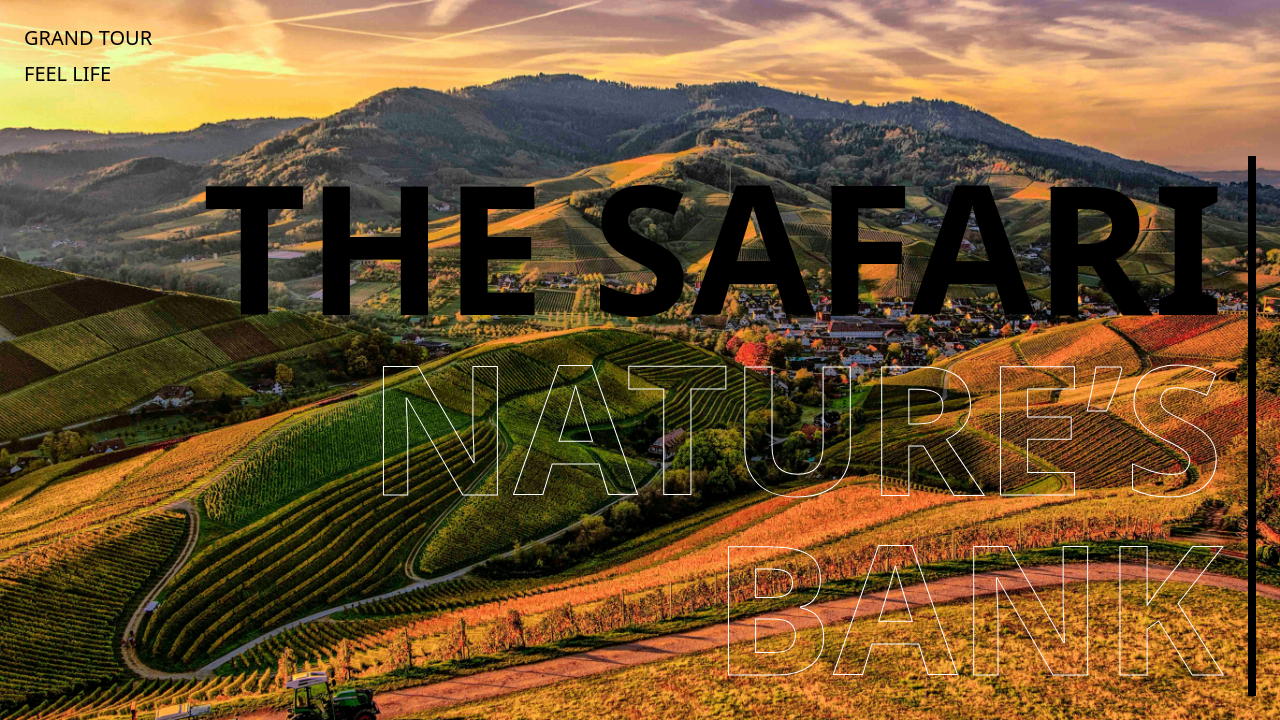
Repository: mikol-ux/Safari
Page: /
These files come from the project's save history. The page is drawn as it stood at one moment and after the next save; the edit follows.
The browser window is 1280 px wide. The pictures show the whole page.
The project was rebuilt for these pictures with package versions that can differ from the ones it lists, and the page was loaded fresh each time. The framework's server and built-in components were replaced by stand-ins that run in the browser. Also part of the build but not shown: next.config.ts.

Above is the page before, as saved 2025-05-29 02:45:39.

After the next save:
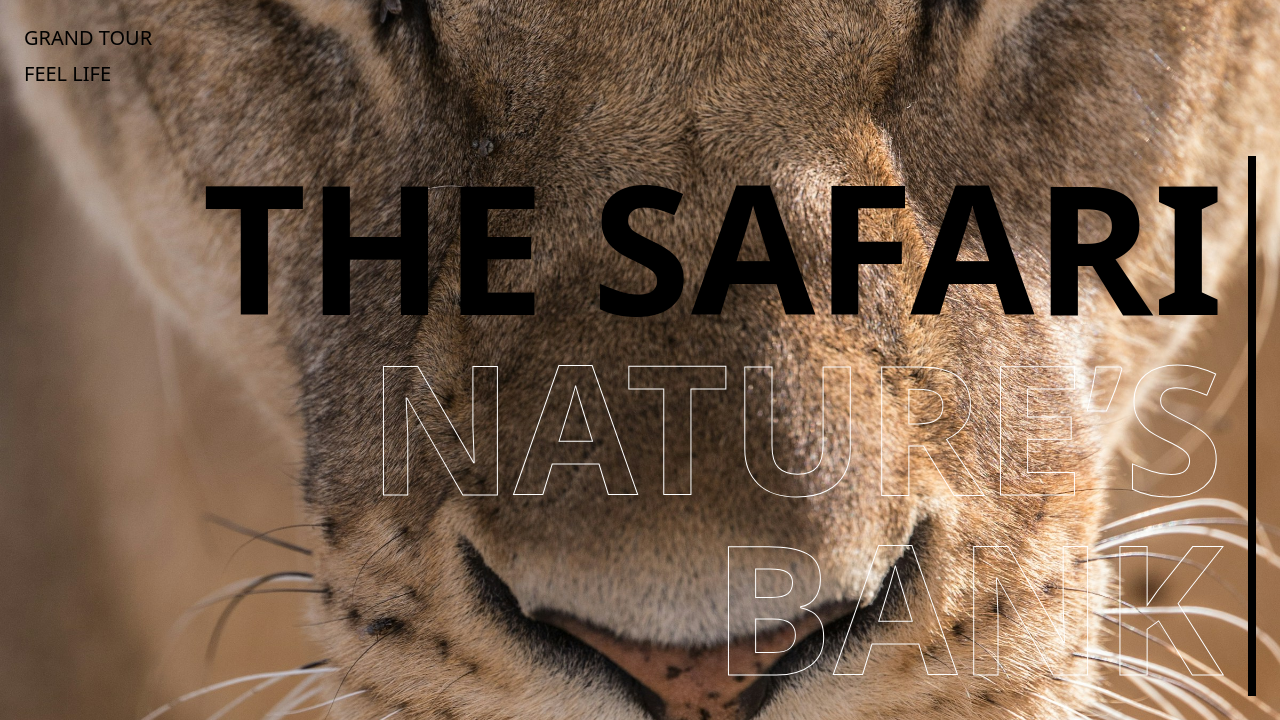
Saved 2 min 0 s later.
--- a/app/page.tsx
+++ b/app/page.tsx
@@ -29,7 +29,7 @@ export default function Home() {
 			});
 	}, []);
 	return (
-		<section className="h-screen bg-[url('/landscape.jpg')] bg-cover bg-no-repeat bg-center text-black">
+		<section className="h-screen bg-[url('/safari.jpg')] bg-cover bg-no-repeat bg-center text-black">
 			<div className="h-full w-full flex flex-col justify-between p-6">
 				<div className="text-left space-y-2">
 					<p className="text-xl uppercase">grand tour</p>
